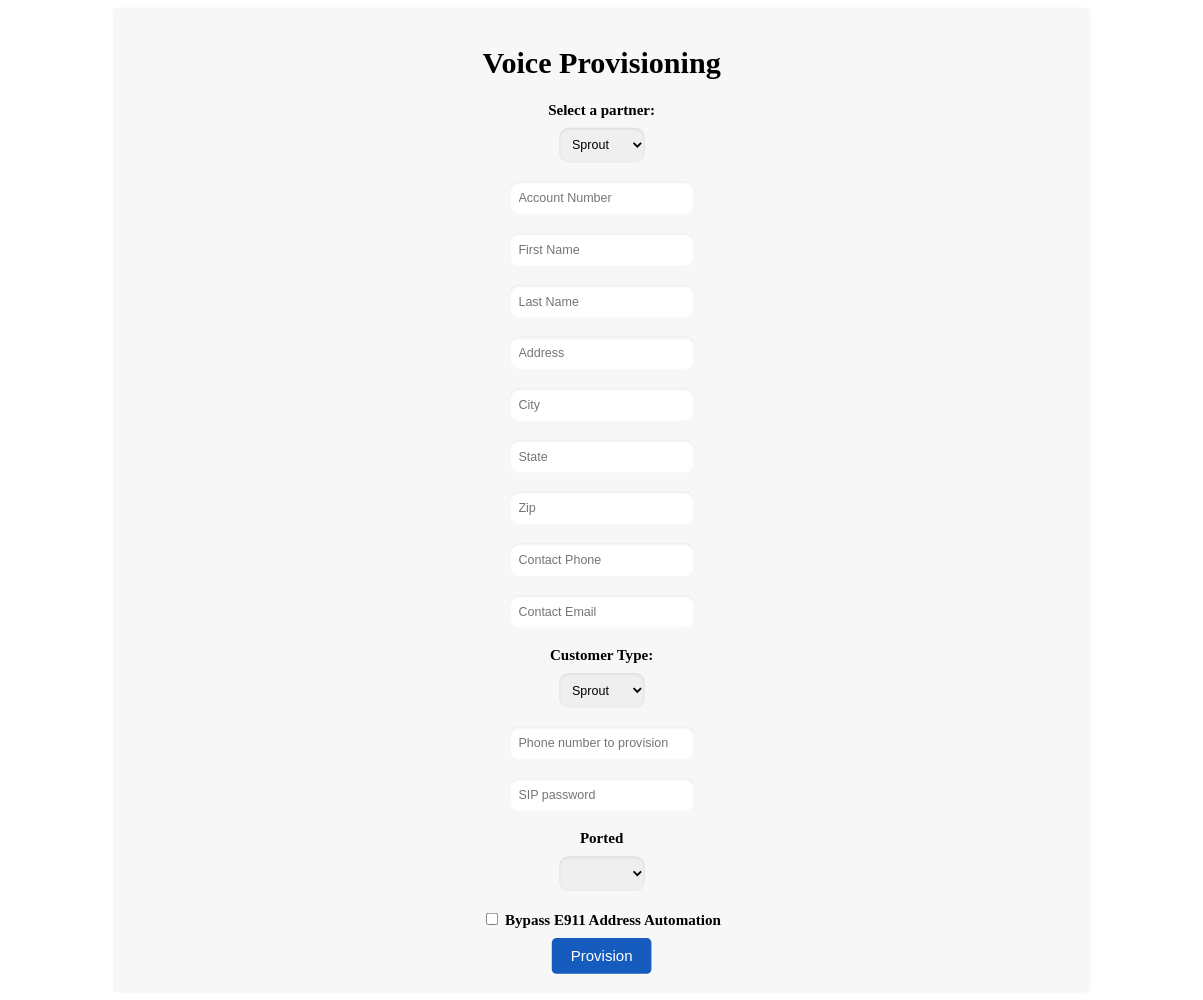
Repository: smallchungus/logiccom
Page: /
These files come from the project's save history. The page is drawn as it stood at one moment and after a run of saves; the edit follows.
The browser window is 1280 px wide. The pictures show the whole page, at 94% of full size.
The project was rebuilt for these pictures with package versions that can differ from the ones it lists, and the page was loaded fresh each time. Also part of the build but not shown: vite.config.ts.

Above is the page before, as saved 2023-05-04 11:41:12.

### src/App.vue
<style src="./styles.css"></style>


<template>


<form>
  <header>
    <h1>Voice Provisioning</h1>
  </header>
      <div class="form-group">
        <label for="partner">Select a partner:</label>
        <select id="partner" name="partner">
          <option value="Sprout">Sprout</option>
          <option value="option2">Option 2</option>
        </select>
      </div>

      <div class="form-group">
        <input type="text" id="accountNum" name="accountNum" placeholder="Account Number">
      </div>

      <div class="form-group">
        <input type="text" id="firstName" name="firstName" placeholder="First Name">
      </div>

      <div class="form-group">
        <input type="text" id="lastName" name="lastName" placeholder="Last Name">
      </div>

      <div class="form-group">
        <input type="text" id="address" name="address" placeholder="Address">
      </div>

      <div class="form-group">
        <input type="text" id="city" name="city" placeholder="City">
      </div>

      <div class="form-group">
        <input type="text" id="state" name="state" placeholder="State">
      </div>

      <div class="form-group">
        <input type="text" id="zip" name="zip" placeholder="Zip">
      </div>

      <div class="form-group">
        <input type="text" id="contactPhone" name="contactPhone" placeholder="Contact Phone">
      </div>

      <div class="form-group">
        <input type="text" id="contactEmail" name="contactEmail" placeholder="Contact Email">
      </div>

      <div class="form-group">
        <label for="customerType">Customer Type:</label>
        <select id="customerType" name="customerType">
          <option value="Sprout">Sprout</option>
          <option value="option2">Option 2</option>
        </select>
      </div>

      <div class="form-group">
        <input type="text" id="phoneToProv" name="phoneToProv" placeholder="Phone number to provision">
      </div>

      <div class="form-group">
        <input type="password" id="sipPassword" name="sipPassword" placeholder="SIP password">
      </div>


    <label for="ported">Ported</label>
    <select id="ported" name="ported">
      <option value=""></option>
      <option value="option2">Option 2</option>
    </select>

    <label>
      <input type="checkbox" >
      Bypass E911 Address Automation
    </label>

    <button type="submit">Provision</button>
  </form>
</template>

### src/styles.css
header {
    text-align: center;
    margin: 0 auto;
  }

  body {
    text-align: center;
  }

  form {
    background-color: #f7f7f7;
    border-radius: 5px;
    padding: 20px;
    margin: 0 auto;
    max-width: 1000px;
  }

  label {
    display: block;
    font-weight: bold;
    margin-bottom: 10px;
  }

  input[type="text"],
  input[type="password"],
  select {
    background-color: #
    width: 100%;
    padding: 10px;
    border: none;
    border-radius: 10px;
    margin-bottom: 20px;
    box-shadow: inset 0px 1px 3px rgba(0, 0, 0, 0.1);
  }

  button[type="submit"] {
    background-color: #165cbe;
    color: #fff;
    border: none;
    border-radius: 5px;
    padding: 10px 20px;
    font-size: 16px;
    cursor: pointer;
  }

  @media (min-width: 1024px) {
    header {
      display: flex;
      justify-content: center;
      align-items: center;
    }
  }

Loaded but not shown: index.html (common file); src/main.ts (common file)

After the next 3 saves:
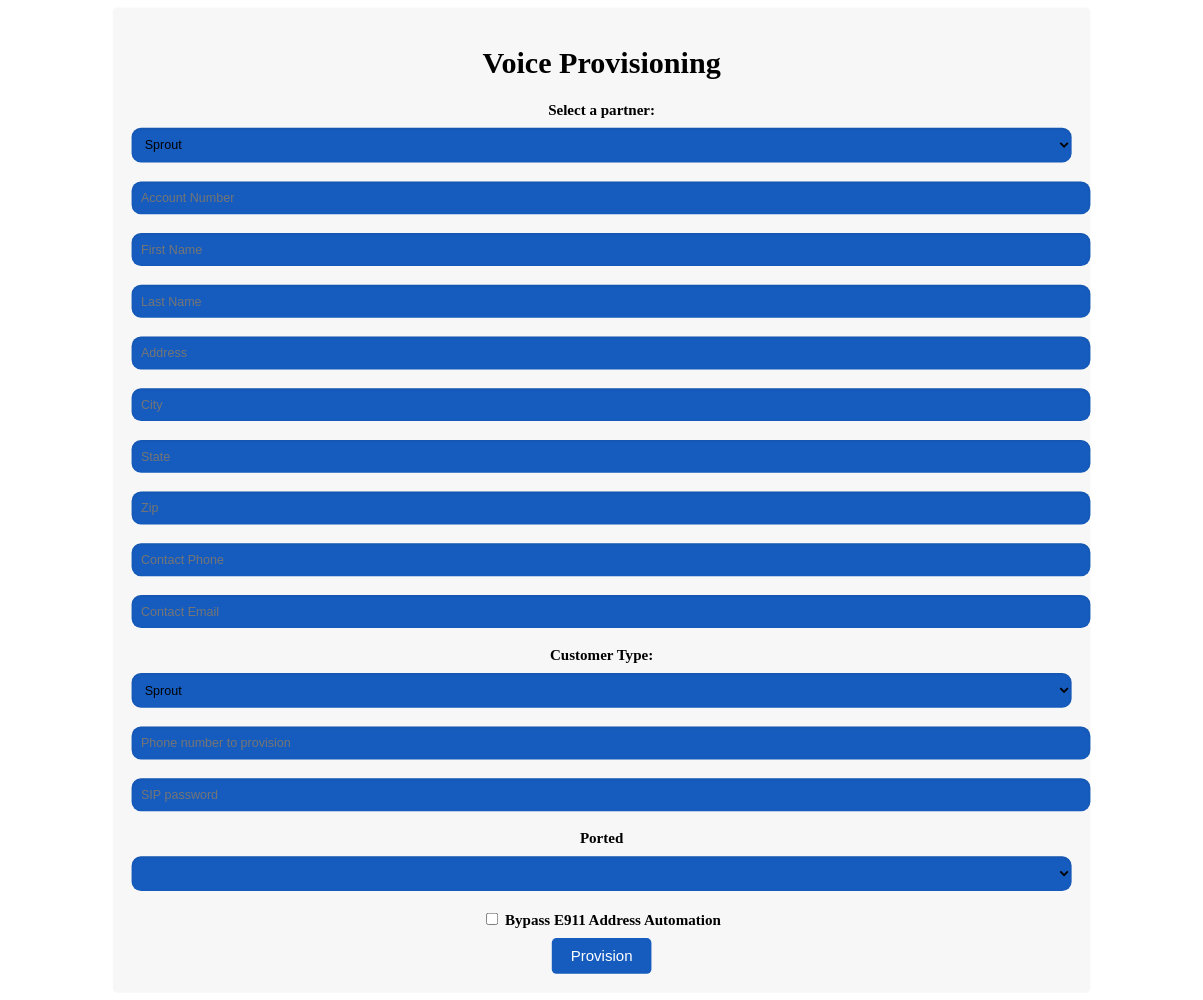
The 3 saves are shown as one change because they came seconds apart.
The last was saved 13 s later.
--- a/src/styles.css
+++ b/src/styles.css
@@ -24,7 +24,7 @@ header {
   input[type="text"],
   input[type="password"],
   select {
-    background-color: #
+    background-color: #165cbe;
     width: 100%;
     padding: 10px;
     border: none;
